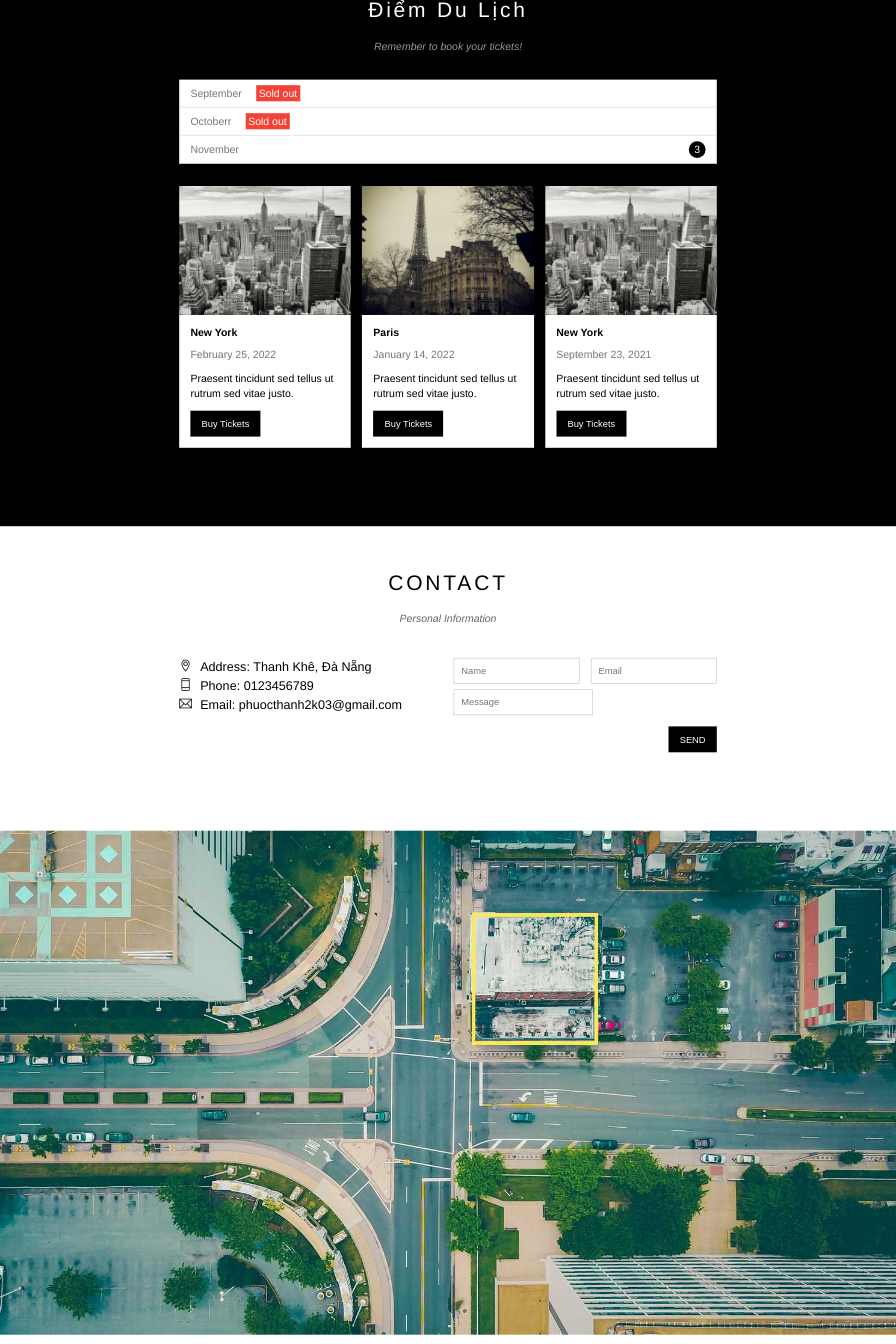
Repository: vophuocthanh/phuocthanhk03
Page: index.html
An editor plug-in stored every save of this project. The page is shown before and after the next save, followed by the edit.
The browser window is 1280 px wide. The pictures show the part of the page from y = 1414 to 3334 px (the page is 3514 px tall before and 3498 px after), at 70% of full size.

Above is the page before, as saved 2022-04-25 00:13:11.

After the next save:
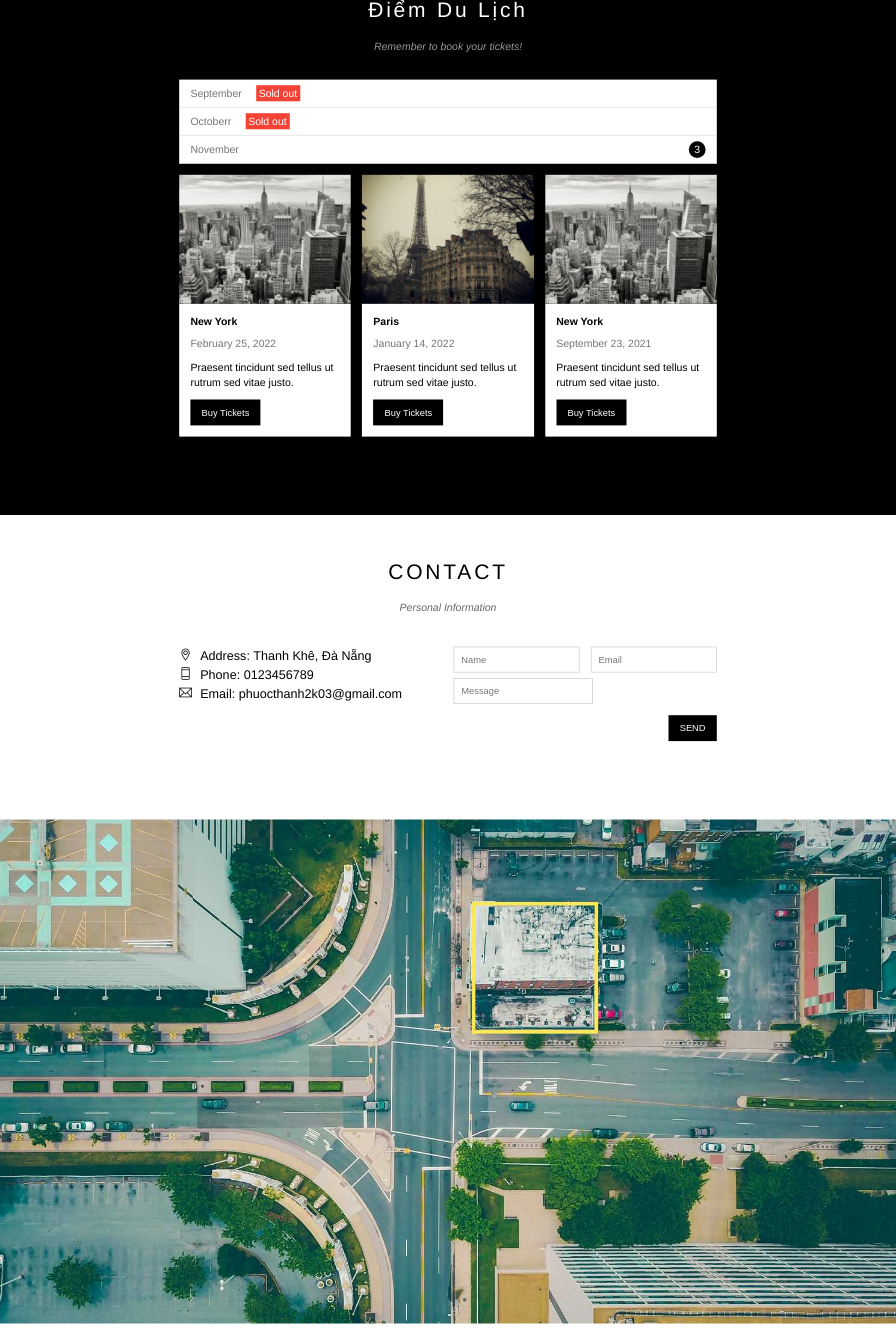
Saved 2 min 39 s later.
--- a/asset/css/style.css
+++ b/asset/css/style.css
@@ -311,7 +311,7 @@ html {
 /* Places */
 
 .place-list {
-    margin-top: 32px;
+    margin-top: 16px;
 }
 
 .place-img {
